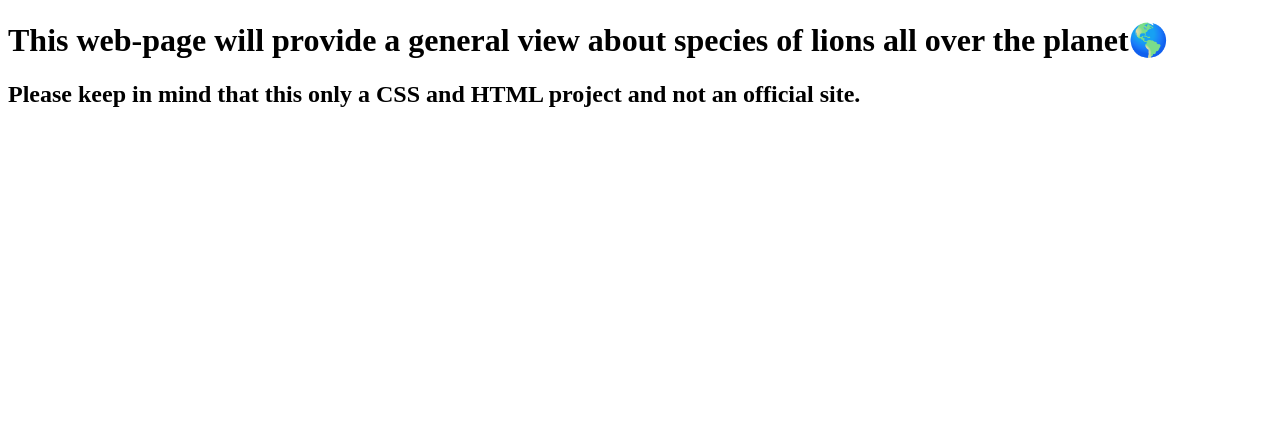
Repository: GeorgeManias/lions_project
Page: index.html
These files come from the project's save history. The page is drawn as it stood at one moment and after the next save; the edit follows.
The browser window is 1280 px wide. The pictures show the whole page.

Above is the page before, as saved 2021-11-02 20:06:00.

After the next save:
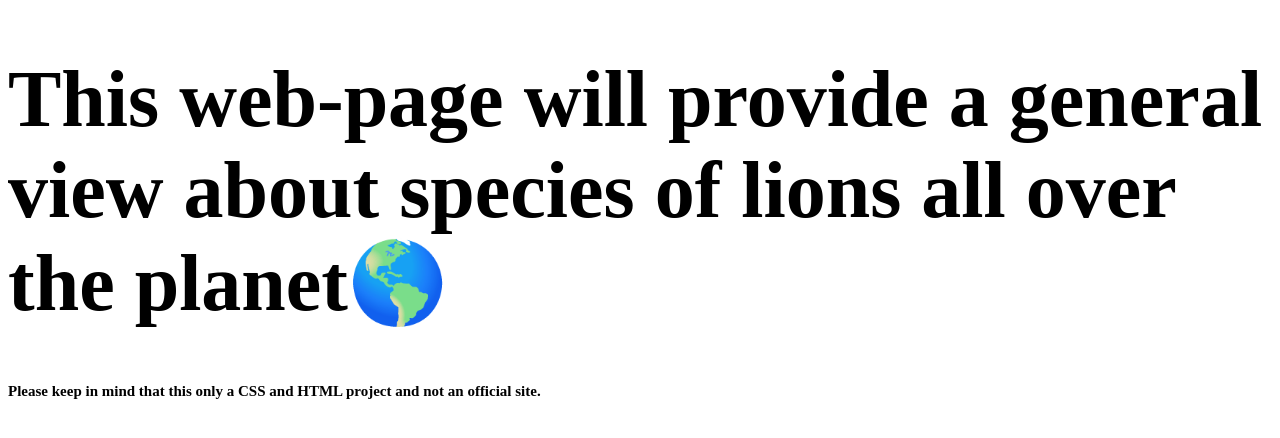
Saved 23 s later.
--- a/index.html
+++ b/index.html
@@ -1,7 +1,7 @@
 <!DOCTYPE html>
 <html lang="en">
   <head>
-    <link rel="main_stylesheet" href="index.css" />
+    <link rel="stylesheet" href="index.css" />
     <link
       href="https://fonts.googleapis.com/css2?family=Roboto:ital@1&display=swap"
       rel="stylesheet"
